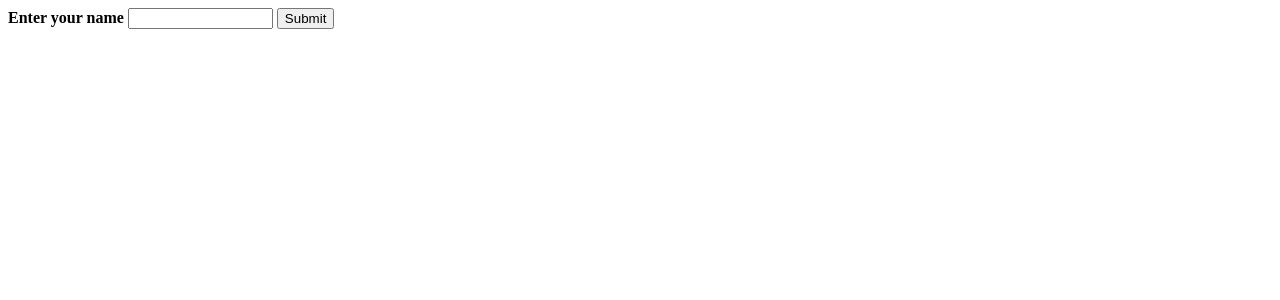
Repository: sandeeda/day10
Page: HelloWorld/WebContent/home.html
The author's editor kept a copy of each file at every save. The page is drawn from the files as they stood at one save, then again after the next save.
The browser window is 1280 px wide. The pictures show the whole page.

Above is the page before, as saved 2018-09-05 09:45:40.

After the next save:
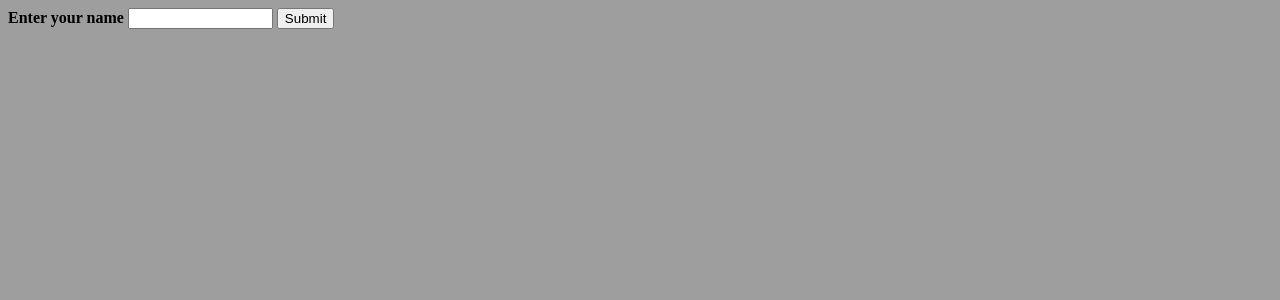
Saved 79 s later.
--- a/HelloWorld/WebContent/home.html
+++ b/HelloWorld/WebContent/home.html
@@ -5,7 +5,7 @@
 <title>Home Page</title>
 </head>
 
-<body img src="C:\Users\sandeeda\Desktop\lemur.jpg">
+<body background="C:\Users\sandeeda\Desktop\lemur.jpg">
 <!--<a href="Hello">Click here...i will say hello</a> -->
 
 
